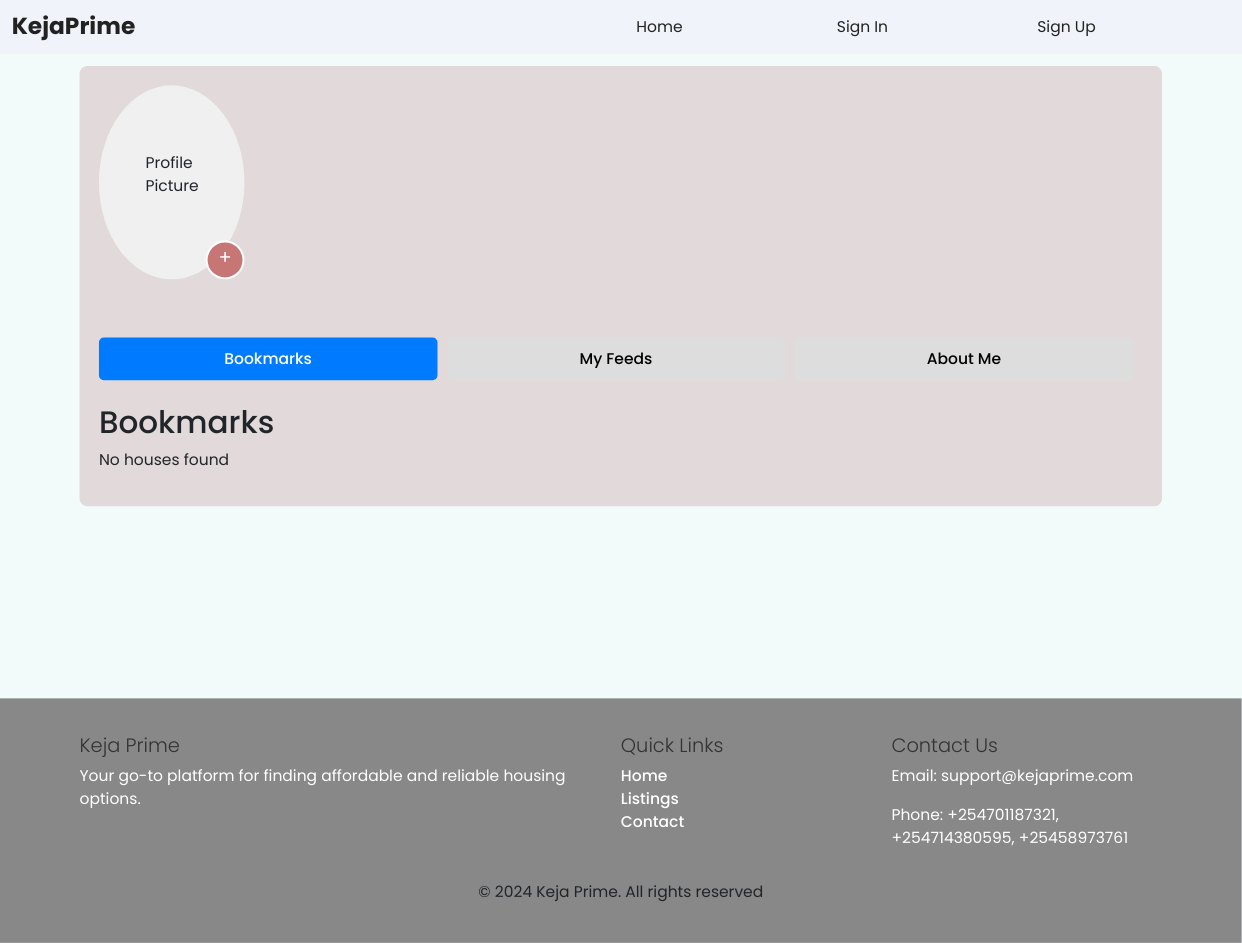
Repository: Pascal7601/kejaPrime
Page: /profile (app in frontend/)
The author's editor kept a copy of each file at every save. The page is drawn from the files as they stood at one save, then again after the next save.
The browser window is 1280 px wide. The pictures show the whole page, at 97% of full size.
The page's requests for data from a server got no answer. The project was rebuilt for these pictures with package versions that can differ from the ones it lists, and the page was loaded fresh each time. No one was signed in, and anything a server would have sent is missing. Also part of the build but not shown: frontend/vite.config.js, frontend/src/styles/HeroSection.css, frontend/src/components/HeroSection.jsx, frontend/src/pages/Home.jsx, frontend/src/components/Houses.jsx, frontend/src/pages/Listings.jsx, frontend/src/styles/PostHouse.css, frontend/src/pages/PostHouse.jsx and 10 more.

Above is the page before, as saved 2024-10-22 14:46:51.

### frontend/index.html
<!doctype html>
<html lang="en">
  <head>
    <meta charset="UTF-8" />
    <link rel="icon" type="image/svg+xml" href="../frontend/src/assets/favicon.svg" />
    <meta name="viewport" content="width=device-width, initial-scale=1.0" />
    <script src="https://cdn.jsdelivr.net/npm/@popperjs/core@2.11.6/dist/umd/popper.min.js"></script>
    <script src="https://cdn.jsdelivr.net/npm/bootstrap@5.2.0/dist/js/bootstrap.bundle.min.js"></script>
    <link rel="preconnect" href="https://fonts.googleapis.com">
    <link rel="preconnect" href="https://fonts.gstatic.com" crossorigin>
    <link href="https://fonts.googleapis.com/css2?family=Poppins:ital,wght@0,100;0,200;0,300;0,400;0,500;0,600;0,700;0,800;0,900;1,100;1,200;1,300;1,400;1,500;1,600;1,700;1,800;1,900&display=swap" rel="stylesheet">
    <title>KejaPrime</title>
  </head>
  <body>
    <div id="root"></div>
    <script type="module" src="/src/main.jsx"></script>
  </body>
</html>

### frontend/src/App.jsx
import React from 'react';
import { BrowserRouter as Router, Route, Routes } from 'react-router-dom';
import { AuthProvider } from './utils/AuthContext';
import Home from './pages/Home';
import Listings from './pages/Listings';
import ProfilePage from './pages/ProfilePage';
import SignUp from './components/SignUp';
import FeedsPage from './pages/FeedsPage'
import PostHouse from './pages/PostHouse';
import SignIn from './components/SignIn';
import Dashboard from './components/Dashboard';

import './App.css';

function App() {

  return (
    <AuthProvider>
      <Router>
            <Routes>
              <Route path="/Sign-up" element={<SignUp />} />
              <Route path="/Sign-in" element={<SignIn />} />
              <Route path="/" element={<Home />} />
              <Route path="/home" element={<Home />} />
              <Route path="/dashboard" element={<Dashboard />} />
              <Route path="/feeds" element={<FeedsPage />} />
              <Route path="/listings" element={<Listings />} />
              <Route path="/profile" element={<ProfilePage />} />
              <Route path="/post-house" element={<PostHouse />} />
            </Routes>
      </Router>
    </AuthProvider>
  );
}

export default App

### frontend/src/utils/AuthContext.jsx
import React, { createContext, useEffect, useState } from 'react';
import axios from 'axios';

export const AuthContext = createContext();

export const AuthProvider = ({ children }) => {
  const [isLoggedIn, setIsLoggedIn] = useState(false);
  const [userType, setUserType] = useState('');  // Manage roles (landlord, tenant, etc.)
  const [accessToken, setAccessToken] = useState(null);

  // Fetch token from localStorage on mount
  useEffect(() => {
    const storedToken = localStorage.getItem('access_token');
    if (storedToken) {
      setAccessToken(storedToken);
      checkAuthStatus(storedToken);  // Check if token is still valid
    }
  }, []);

  // Store or remove the token from localStorage when `accessToken` changes
  useEffect(() => {
    if (accessToken) {
      localStorage.setItem('access_token', accessToken);
    } else {
      localStorage.removeItem('access_token');
    }
  }, [accessToken]);

  /**
   * Check if the user is authenticated based on the access token.
   * This function should ideally be called when the app starts (if there's a token).
   */
  const checkAuthStatus = async (token) => {
    if (!token) {
      setIsLoggedIn(false);
      return;
    }

    try {
      const response = await axios.get('http://localhost:8000/api/v1/users/profile', {
        headers: {
          Authorization: `Bearer ${token}`,
        },
      });

      if (response.status === 200) {
        setIsLoggedIn(true);
        setUserType(response.data.is_landlord ? 'landlord' : 'tenant');  // Adjust role
        console.log("User type:", response.data.is_landlord ? 'landlord' : 'tenant');
      } else {
        console.log('User not logged in');
        setIsLoggedIn(false);
        handleLogout();  // Clear token if the user is unauthorized
      }
    } catch (error) {
      console.error('Error checking authentication status:', error);
      setIsLoggedIn(false);
      handleLogout();  // Clear token in case of failure
    }
  };

  /**
   * Login function to authenticate the user and retrieve the access token.
   */
  const login = async (email, password) => {
    try {
      const response = await axios.post('http://localhost:8000/api/v1/auth/sign_in', { email, password });

      if (response.status === 200) {
        setAccessToken(response.data.access_token);
        setUserType(response.data.is_landlord ? 'landlord' : 'tenant');  // Determine role from response
        setIsLoggedIn(true);
      } else {
        console.error('Error logging in:', response.data);
      }
    } catch (error) {
      console.error('Error logging in:', error);
    }
  };

  /**
   * Logout function to clear user session and token.
   */
  const logout = () => {
    setIsLoggedIn(false);
    setUserType('');
    setAccessToken(null);
    localStorage.removeItem('access_token');
  };

  /**
   * Optionally refresh the token if needed (implement if your backend supports token refreshing).
   */

  return (
    <AuthContext.Provider value={{ isLoggedIn, userType, login, logout }}>
      {children}
    </AuthContext.Provider>
  );
};

### frontend/src/pages/ProfilePage.jsx
import React from 'react';
import Profile from "../components/Profile";
import "../styles/ProfilePage.css";

const ProfilePage = () => {
	return (
		<>
			<Profile />
		</>
	);
}

export default ProfilePage;

### frontend/src/App.css
@import url('https://fonts.googleapis.com/css2?family=Poppins:ital,wght@0,100;0,200;0,300;0,400;0,500;0,600;0,700;0,800;0,900;1,100;1,200;1,300;1,400;1,500;1,600;1,700;1,800;1,900&display=swap');
*{
	font-family: "Poppins", sans-serif;
	margin: 0;
	padding: 0;
	width: 100%;
	box-sizing: border-box;
}

body {
	margin: 0;
	font-family: "Poppins", sans-serif;
	width: 100%;
	background-color: rgb(229, 245, 245);
}

### frontend/src/components/Navbar.jsx
import React from 'react';
import { useContext } from 'react';
import { AuthContext } from '../utils/AuthContext';
import { Link, useNavigate } from 'react-router-dom';
import 'bootstrap/dist/css/bootstrap.min.css';
import '../styles/Navbar.css';


function Navbar() {
  // Destructure values from AuthContext
  const { isLoggedIn, userType, logout } = useContext(AuthContext);

  const navigate = useNavigate();

  const handleLogout = () => {
    navigate('/sign-in');
    logout(); // Call the logout function from AuthContex
  };

  return (
    <nav className="navbar navbar-expand-lg custom-navbar fixed-top">
      <div className="container-fluid">
        <Link className="navbar-brand" to="/">
          <h1>
            Keja<span>Prime</span>
          </h1>
        </Link>
        <button
          className="navbar-toggler"
          type="button"
          data-bs-toggle="collapse"
          data-bs-target="#navbarNav"
          aria-controls="navbarNav"
          aria-expanded="false"
          aria-label="Toggle navigation"
        >
          <span className="navbar-toggler-icon"></span>
        </button>
        <div className="collapse navbar-collapse" id="navbarNav">
          <ul className="navbar-nav">
            {/* Home link always available */}
            <li className="nav-item">
              <Link className="nav-link" to="/">
                Home
              </Link>
            </li>

            {isLoggedIn ? (
              <>
                {/* Tenant-specific links */}
                {userType === 'tenant' && (
                  <>
                    <li className="nav-item">
                      <Link className="nav-link" to="/dashboard">
                        Apartments
                      </Link>
                    </li>
                    {/* <li className="nav-item">
                      <Link className="nav-link" to="/listings">
                        Listings
                      </Link>
                    </li> */}
                    <li className="nav-item">
                      <Link className="nav-link" to="/feeds">
                        Feeds
                      </Link>
                    </li>
                    <li className="nav-item">
                      <Link className="nav-link" to="/profile">
                        Profile
                      </Link>
                    </li>
                  </>
                )}

                {/* Landlord-specific links */}
                {userType === 'landlord' && (
                  <>
                    <li className="nav-item">
                      <Link className="nav-link" to="/dashboard">
                        Apartments
                      </Link>
                    </li>
                    <li className="nav-item">
                      <Link className="nav-link" to="/profile">
                        Profile
                      </Link>
                    </li>
                  </>
                )}

                {/* Logout button available when logged in */}
                <li className="nav-item">
                  <button className="nav-link btn" onClick={handleLogout}>
                    Logout
                  </button>
                </li>
              </>
            ) : (
              // Display Sign In/Sign Up links when not logged in
              <>
                <li className="nav-item">
                  <Link className="nav-link" to="/sign-in">
                    Sign In
                  </Link>
                </li>
                <li className="nav-item">
                  <Link className="nav-link" to="/sign-up">
                    Sign Up
                  </Link>
                </li>
              </>
            )}
          </ul>
        </div>
      </div>
    </nav>
  );
}

export default Navbar;

### frontend/src/components/Footer.jsx
import React from 'react'
import 'bootstrap/dist/css/bootstrap.min.css';
import '../styles/Footer.css';

const Footer = () => {
	const currentYear = new Date().getFullYear();
  return (
	<footer className='footer py-4'>
		<div className='container'>
			<div className='row'>
				<div className='col-md-6'>
					<h5 className='footer-title'>Keja Prime</h5>
					<p className='footer-description'>
					Your go-to platform for finding affordable and reliable housing options.
					</p>
				</div>
				<div className="col-md-3">
					<h5 className="footer-links-title">Quick Links</h5>
            		<ul className="list-unstyled">
						<li><a href="/" className="text-white">Home</a></li>
              			<li><a href="/listings" className="text-white">Listings</a></li>
              			<li><a href="/contact" className="text-white">Contact</a></li>
            		</ul>
				</div>
				<div className='col-md-3'>
					<h5 className='footer-contact-title'> Contact Us</h5>
					<p>Email: support@kejaprime.com</p>
					<p>Phone: +254701187321, +254714380595, +25458973761</p>
				</div>
			</div>
			<div className='text-center mt-3'>
				<p className='text-dark'>&copy; {currentYear} Keja Prime. All rights reserved</p>
			</div>
		</div>
	</footer>
  );
};

export default Footer;

### frontend/src/styles/HomePage.css
.body-home{
	width: 100%;
	margin-top:20px;
}
.section-1{
	width: 100%;
	text-align: center;
}
.section-1 h2{
	font-size: 40px;
	font-weight: bold;
	color: #4ea685;
}
.about-us{
	display: flex;
	margin-top: 25px;
    flex-direction: row;
    align-items: center;
    justify-content: space-between;
    text-align: left;
	background-color: #F1F3FA;
	margin-bottom: 20px;
    padding: 20px;
    max-width: 100%;
}
.about-us img {
    max-width: 50%;
    height: 400px;
    border-radius: 8px;
    width: 400px
}

.about-us p {
    flex: 1;
    font-size: 1.1em;
    line-height: 2;
    margin-left: 15px;
    color: #333;
}


@media (max-width: 768px) {
    .about-us {
        flex-direction: column;
        text-align: center;
    }

    .about-us img {
        max-width: 80%;
        margin-bottom: 20px;
    }

    .about-us p {
		text-align: left;
        margin-left: 0;
        font-size: 1em;
    }
}

/**--------Goals-----------**/
.body-home h4{
	font-weight: 300;
}
.goals{
	display: flex;
	margin-top: 25px;
    flex-direction: row;
    align-items: center;
    justify-content: space-between;
    text-align: left;
	margin-bottom: 20px;
    padding: 20px;
    max-width: 100%;
}
.goals img {
    max-width: 50%;
    height: 400px;
    border-radius: 8px;
}

.p-goals {
	border: 1px solid red;
	display: flex;
	align-items: center;
	font-size: 1.1em;
	line-height: 2;
	color: #333;
}

.icon-wrapper {
	width: 20px;
	height: 20px;
	display: flex;
	justify-content: center;
	align-items: center;
}
.list {
	align-items: center;
	background: url( '../assets/circle.svg');
	background-repeat: no-repeat;
	font-size: 18px;
	line-height: 3rem;
	padding: 20px;
    text-align: left;
	background-position: calc(-50% - 20px) top;
	border-radius: 10px;
	box-shadow: 0 4px 6px #4ea685;
}
ul {
	border-radius: 10px;
	list-style: none;
}
.icon-wrapper svg circle {
	stroke-width: 2px;
	stroke-linecap: round;
	stroke-linejoin: round;
}

@media (max-width: 768px) {
    .goals {
        flex-direction: column;
        text-align: center;
    }

    .goals img {
        max-width: 80%;
        margin-bottom: 20px;
    }
	.list {
		background: none;
	}


    .goals p {
		text-align: left;
        margin-left: 0;
        font-size: 1em;
    }
}

### frontend/src/styles/Footer.css
.footer{
	background: #4ea685;
	color: #222222;
}

### frontend/src/styles/FeedsPage.css
@import url('https://fonts.googleapis.com/css2?family=Poppins:ital,wght@0,100;0,200;0,300;0,400;0,500;0,600;0,700;0,800;0,900;1,100;1,200;1,300;1,400;1,500;1,600;1,700;1,800;1,900&display=swap');
.right-side::-webkit-scrollbar {
    display: none;
}
body {
    -ms-overflow-style: none;
    scrollbar-width: none;
}
.feeds-page {
	height: 100vh;
	overflow: hidden;
}
.right-side{
	width:60%;
	margin-top: 60px;
	display: flex;
  	justify-content: center;
	padding-bottom: 20px;
}

.row {
height: 100%;
}

.create-feed {
	position: fixed;
	background-color: #F1F3FA;
	top: 28%;
	width: 100%;
	max-width: 550px;
	z-index: 1;
}
.right-side {
	overflow-y: auto;
	height: 100%;
	background: radial-gradient(circle, #4ea685, #3e8f70);
	padding-bottom:20px;
	text-align: center;
}
.feed-item {
	position: relative;
	border: 1px solid #ddd;
	border-radius: 8px;
	background-color: #fff;
	padding: 10px;
	margin-bottom: 15px;
}
.feed-item {
	display: flex;
  	justify-content: center;
	text-align: center;
	width: 70%;
	margin-left: 80px;
}

.feed-img {
	max-width: 100%;
	background-size: cover;
	height: 400px;
	border-radius: 5px;
}
.btn1{
	color: #fff;
	background-color: #4ea685;
	border: none;
	max-width: 100px;
	font-weight: 200;
}
.form-control{
	border: none;
}
h5{
	font-weight: 300;
	color: #333;
}
.creat{
	font-weight: 500;
	color: #4ea685;
	margin-bottom: 20px;
}
/*-----Bookmark-------*/
.bookmark-btn{
	display: flex; /* Enable flexbox */
  	justify-content: center;
	position: absolute;
	bottom: 10px;
	justify-content: center;
	width: 30px;
	align-items: center;
	right: 15px;
	background-color: rgba(0, 0, 0, 0.5);
	color: #fff;
	background: none;
	padding: 8px 12px;
	border: none;
	cursor: pointer;
	border-radius: 5px;
	padding: 0;

}
.bookmark-btn svg {
	width: 100%;
	height: 100%;
	color: #333;
	border: none;
	font-weight: 500;
	fill: currentColor;
}
.bookmark-btn svg:hover {
	background: #4ea685;
}


@media (max-width: 768px) {
	.right-side {
	  width: 100%;
	  margin-top: 100px;
	}
	.create-feed{
		display: none;
	}
	.left-side{
		display: flex;
		flex-direction: column;
		gap: 10px;
		width: 100%;
	}
}
@media (max-width: 480px) {
	.house-row {
	  grid-template-columns: 1fr;
	}
	.left-side{
		display: flex;
		flex-direction: row;
		flex-wrap: wrap;
		gap: 10px;
		width: 100%;
	}
	.create-feed{
		display: none;
	}
}

### frontend/src/styles/Navbar.css
nav ul {
	list-style-type: none;
	margin: 0;
	padding: 0;
	justify-content: flex-end;
  }
.nav-item1 {
	padding-top: 10px;
	border: 1px solid red;
}
  nav ul li a {
	text-decoration: none;
	color: #333;
	font-weight: bold;
  }

  nav h1 {
	display: inline-block;
	margin: 0;
	font-size: 24px;
	font-weight: bold;
  }
  h1 span {
}
.custom-navbar {
	background-color: #F1F3FA;
	color: #222222;
}

.custom-navbar .navbar-nav .nav-link {
	color: #222222;
}

  .custom-navbar .navbar-brand {
	color: #222222;

  }

  .custom-navbar .navbar-toggler-icon {
	filter: brightness(100%);
  }

  .custom-navbar .navbar-nav .nav-link:hover {
	color: #4ea685;
  }

  .custom-navbar .btn-link {
	color: #ffffff;
  }

### frontend/src/styles/Houses.css
@import url('https://fonts.googleapis.com/css2?family=Poppins:ital,wght@0,100;0,200;0,300;0,400;0,500;0,600;0,700;0,800;0,900;1,100;1,200;1,300;1,400;1,500;1,600;1,700;1,800;1,900&display=swap');
body, html {
	margin: 0;
	padding: 0;
	box-sizing: border-box;
	font-family: "Poppins", sans-serif;
	width: 100%;
}
.houses-container {
	display: flex;
	flex-direction: column;
	align-items: center;
	padding: 1.5rem;
	margin-top: 50px;
	width: 100%;

}

.house-row{
	display: grid;
	grid-template-columns: repeat(auto-fill, minmax(250px, 1fr));
	gap: 1rem;
	width: 100%;

}

.house-card {
	background-color: #F1F3FA;
	padding: 10px;
	border-radius: 8px;
	margin: 0 10px;
	box-shadow: 0 4px 6px rgba(0, 0, 0, 0.1);
	transition: transform 0.2s ease-in-out;
  	flex-direction: column;

}

.house-card:hover {
	transform: translateY(-5px);
}

.house-image {
	width: 100%;
	object-fit: cover;
	border-top-left-radius: 8px;
	border-top-right-radius: 8px;
}

.house-info {
	padding: 1.5rem;
}

h5 {
	margin-top: 12px;
	font-weight: 400;
	color: #003b95;
	margin-bottom: 0.5rem;
}
.price{
	color: #003b95;
}

strong {
	font-weight: bold;
}
.location-icon {
	margin-right: 5px;
	margin-left: 5px;
	width: 10%;
	color: #e0354b;
 	align-items: center;
	margin: 0;
}
.icon-locator{
	display: flex;

}
.price{
	color: #498862;
	font-weight: 700;
	font-size: 16px;
}

.p{
	font-size: 14px;
	color: #060b20;
	margin: 0;
	line-height: 1.5;
	font-weight: 300;
}

.filter-bar {
	display: flex;
	justify-content: space-between;
	margin-bottom: 20px;
}

.filter-bar input,
.filter-bar button {
	padding: 5px 10px;
	font-size: 16px;
}
.save-button {
	border: 1px solid red;
}
@media (max-width: 768px) {
	.house-row {
	  grid-template-columns: repeat(auto-fill, minmax(200px, 1fr));
	}
}
@media (max-width: 480px) {
	.house-row {
	  grid-template-columns: 1fr;
	}
}

### frontend/src/styles/Profile.css
.navbar {
    margin-bottom: 10px;
}
/* Profile page container */
.profile-page {
  display: flex;
  justify-content: center;
  align-items: flex-start;
  padding: 20px;
  background-color: rgba(255, 255, 255, 0.5);
  min-height: 100vh;
}

.profile-container {
  display: flex;
  gap: 20px;
  align-items: flex-start;  /* Align items to the top */
}

/* Landlord-specific layout */
.landlord-layout {
  flex-direction: row;
}

.tenant-layout {
  flex-direction: column;
}

/* Left Panel for PostHouse form */
.left-panel {
  flex: 1;  /* Adjusts based on screen size */
  max-width: 300px;
  padding: 15px;
  background-color: #ebc1c1;
  border-radius: 8px;
  margin-right: 20px;
}
.left-panel h4 {
  margin-bottom: 15px;
  font-weight: bold;
  font-family:Arial, Helvetica, sans-serif;
}

/* Right Panel */
.right-panel {
  flex: 3;  /* Takes up more space for profile details */
  padding: 20px;
  background-color: #e2dada;
  border-radius: 8px;
}
/* Full-width for tenant */
.full-width {
  flex: 1;
  width: 100%;
}
.profile-header {
    margin-bottom: 60px;
}
.profile-picture-container {
  position: relative;
  width: 150px; /* Adjust the size as needed */
  height: 200px; /* Adjust the size as needed */
}
#file-upload {
  display: none; /* Hide the actual file input */
}
.profile-picture-container button {
  width: 100%; /* Make the button fill the container width */
}
.profile-picture {
  width: 100%;
  height: 100%;
  border-radius: 50%;
  object-fit: cover;
}
.placeholder-circle {
  width: 100%;
  height: 100%;
  border-radius: 50%;
  background-color: #f0f0f0;
  display: flex;
  justify-content: center;
  align-items: center;
  font-size: 16px;
}

.plus-sign-label {
  position: absolute;
  bottom: 0;
  right: 0;
  width: 40px;
  height: 40px;
  background-color: rgb(199, 118, 118);
  color: #fff;
  border-radius: 50%;
  text-align: center;
  line-height: 30px;
  font-size: 20px;
  cursor: pointer;
  border: 2px solid #fff;
}
.plus-sign-label:hover {
  background-color: #ddd;
}

/* Tabs */
.profile-tabs {
    display: flex;
    justify-content: space-around;
    margin-bottom: 20px;
}

.tab-button {
    padding: 10px 20px;
    border: none;
    cursor: pointer;
    background-color: #ddd;
    border-radius: 5px;
    margin-right: 10px;
    transition: background-color 0.3s, color 0.3s; /* Smooth transition for hover effect */
}
.tab-button:hover {
    background-color: #00b3a4; /* light green on hover */
    color: #f0f0f0; /* Lighter text color on hover */
}

.tab-button.active {
    background-color: #007bff;
    color: white;
}

/* Tenant View - No Left or Right Panels */
.tenant-view .left-panel {
  display: none;
}

/* House list styling */
.houses-section {
    width: 100%;
}

.house-list {
    display: flex;
    flex-wrap: wrap;
    gap: 20px;
    justify-content: center;
}

.house-item {
    background-color: #f9f9f9;
    border: none;
    border-radius: 10px;
    padding: 15px;
    width: 300px;
    text-align: center;
}

.house-image {
    max-width: 100%;
    height: auto;
}

.profile-about {
    text-align: left;
    width: 100%;
    max-width: 600px;
}

/* feed section styling */
.feed-list {
    display: flex;
    flex-wrap: wrap;
    justify-content: start;
    gap: 20px;
    margin-top: 20px;
  }

  .feed-item {
    background-color: #f9f9f9;
    padding: 20px;
    border-radius: 10px;
    box-shadow: 0 2px 8px rgba(0, 0, 0, 0.1);
    width: 300px; /* Set the width for each card */
    display: flex;
    flex-direction: column;
    align-items: center;
  }

  .feed-image {
    width: 100%; /* Make the image fit within the card */
    height: 200px;
    object-fit: cover; /* Ensure the image scales without distortion */
    border-radius: 10px;
    margin-bottom: 15px;
  }

  .feed-item p {
    margin: 5px 0; /* Spacing between paragraphs */
  }
  .footer {
    padding: 10px 0; /* Add padding for the footer */
    margin-top: 0px;
    background-color: #888;
    color: white;
  }

  /* For smaller screens */
  @media (max-width: 768px) {
    .feed-list {
      flex-direction: column; /* Stack the feed cards on small screens */
    }

    .feed-item {
      width: 100%; /* Take up full width on small screens */
    }
  }

Loaded but not shown: frontend/src/main.jsx (common file); frontend/src/index.css (common file); frontend/src/components/Profile.jsx (316 lines, source omitted); frontend/src/styles/ProfilePage.css (no stored copy; drawn as an empty file)

After the next save:
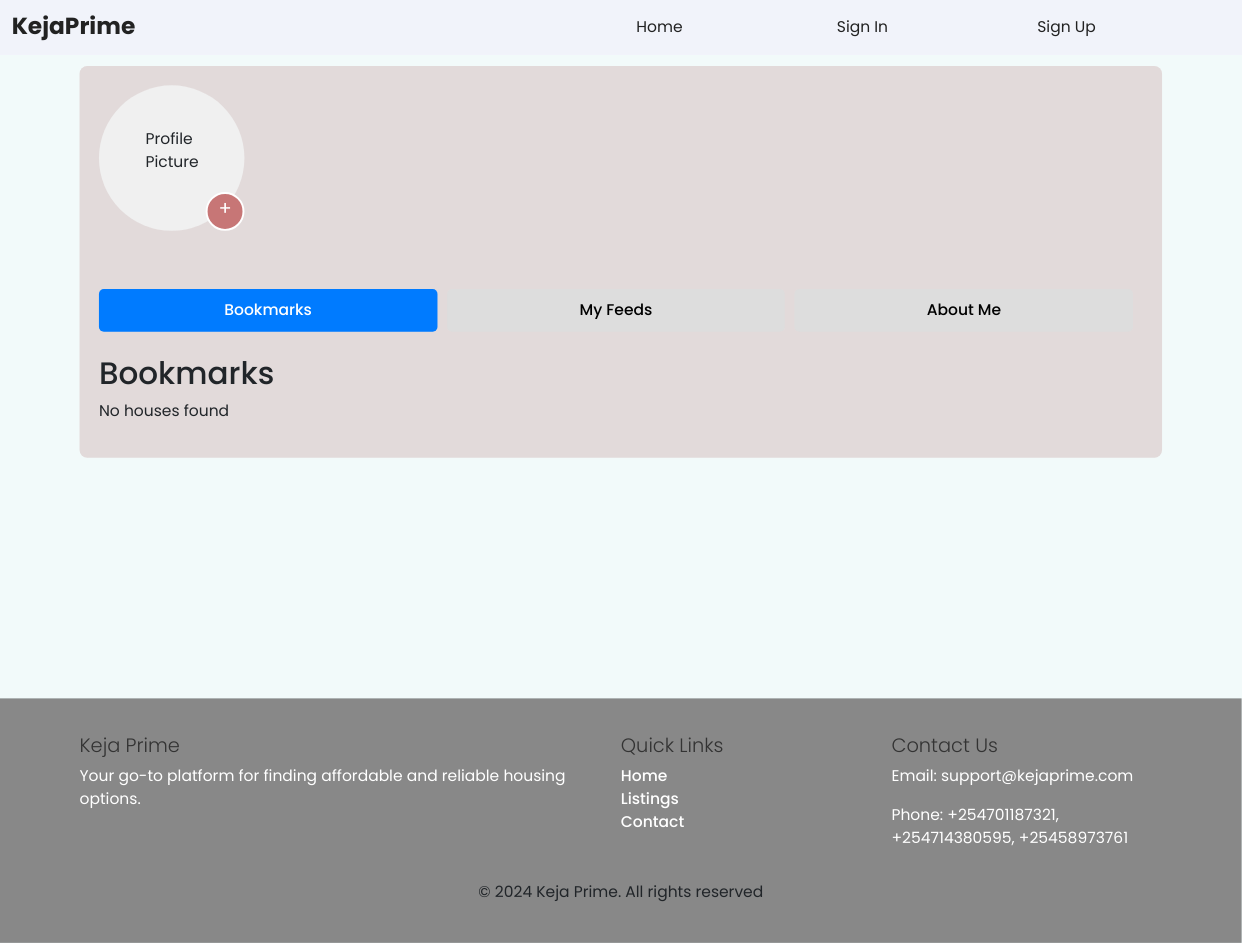
Saved 4 s later.
--- a/frontend/src/styles/Profile.css
+++ b/frontend/src/styles/Profile.css
@@ -59,7 +59,7 @@
 .profile-picture-container {
   position: relative;
   width: 150px; /* Adjust the size as needed */
-  height: 200px; /* Adjust the size as needed */
+  height: 150px; /* Adjust the size as needed */
 }
 #file-upload {
   display: none; /* Hide the actual file input */
